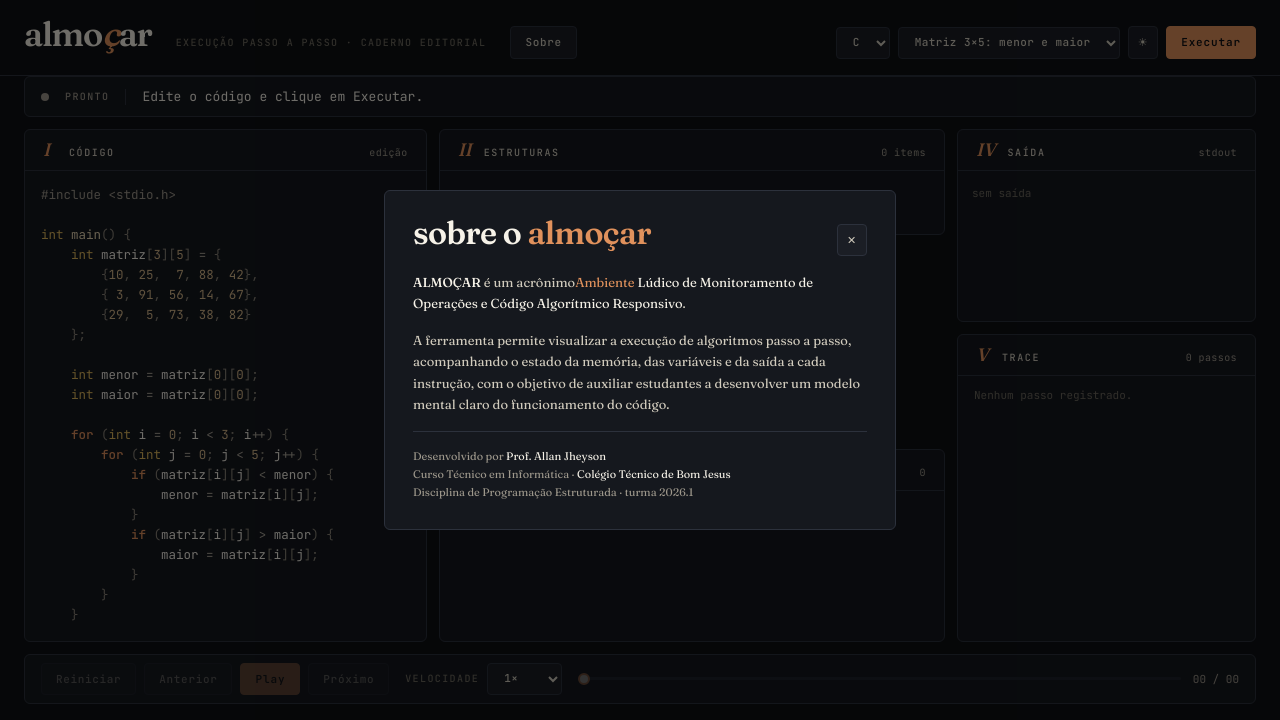
Repository: allramos/almocar
Page: /, after clicking the first element matching `button.btn`
The author's editor kept a copy of each file at every save. The page is drawn from the files as they stood at one save, then again after the next save.
The browser window is 1280 px wide. The pictures show the whole page.
The project was rebuilt for these pictures with package versions that can differ from the ones it lists, and the page was loaded fresh each time. Also part of the build but not shown: vite.config.ts.

Above is the page before, as saved 2026-04-07 16:25:01.

### index.html
<!doctype html>
<html lang="pt-BR">
  <head>
    <meta charset="UTF-8" />
    <link rel="icon" type="image/svg+xml" href="/favicon.svg" />
    <meta name="viewport" content="width=device-width, initial-scale=1.0" />
    <title>ALMOÇAR — Ambiente Lúdico de Monitoramento de Operações e Código Algorítmico Responsivo</title>
  </head>
  <body>
    <div id="root"></div>
    <script type="module" src="/src/main.tsx"></script>
  </body>
</html>

### src/App.tsx
import React, { useEffect, useMemo, useRef, useState } from "react";
import { compileAndRun, Step } from "./interpreter";
import { examples } from "./examples/matriz";
import { CodeView } from "./components/CodeView";
import { VariablesPanel } from "./components/VariablesPanel";
import { ArrayView } from "./components/ArrayView";
import { Controls } from "./components/Controls";
import { Mascot } from "./components/Mascot";
import { TraceLog } from "./components/TraceLog";
import { OutputPanel } from "./components/OutputPanel";

type Mode = "editing" | "running";
type Theme = "dark" | "light";

export default function App() {
  const [exampleKey, setExampleKey] = useState<string>("matriz");
  const [source, setSource] = useState<string>(examples.matriz.code);
  const [mode, setMode] = useState<Mode>("editing");
  const [steps, setSteps] = useState<Step[]>([]);
  const [stepIndex, setStepIndex] = useState(0);
  const [playing, setPlaying] = useState(false);
  const [speed, setSpeed] = useState(800);
  const [error, setError] = useState<string | null>(null);
  const [theme, setTheme] = useState<Theme>(
    () => (localStorage.getItem("almocar.theme") as Theme) ?? "dark",
  );
  const [language, setLanguage] = useState<string>("c");
  const [aboutOpen, setAboutOpen] = useState(false);
  const playRef = useRef<number | null>(null);

  // Aplica o tema na raiz do documento.
  useEffect(() => {
    const root = document.documentElement;
    root.classList.remove("theme-dark", "theme-light");
    root.classList.add(`theme-${theme}`);
    localStorage.setItem("almocar.theme", theme);
  }, [theme]);

  // Em modo edição, ignoramos o estado da execução anterior para que os
  // painéis (variáveis, matriz, saída, status) fiquem limpos.
  const current = mode === "running" ? steps[stepIndex] : undefined;
  const visSteps = mode === "running" ? steps : [];
  const visStepIndex = mode === "running" ? stepIndex : 0;
  const mood = useMemo<"idle" | "cooking" | "success" | "error">(() => {
    if (mode === "editing") return "idle";
    if (!current) return "idle";
    if (current.status === "error") return "error";
    if (current.status === "success") return "success";
    return "cooking";
  }, [mode, current]);

  useEffect(() => {
    if (!playing) return;
    if (stepIndex >= steps.length - 1) {
      setPlaying(false);
      return;
    }
    playRef.current = window.setTimeout(
      () => setStepIndex((i) => Math.min(i + 1, steps.length - 1)),
      speed,
    );
    return () => {
      if (playRef.current) window.clearTimeout(playRef.current);
    };
  }, [playing, stepIndex, steps.length, speed]);

  function cozinhar() {
    const result = compileAndRun(source);
    setSteps(result.steps);
    setStepIndex(0);
    setMode("running");
    setPlaying(false);
    setError(result.ok ? null : (result.error ?? "Erro desconhecido"));
  }

  function voltarEditar() {
    setMode("editing");
    setPlaying(false);
  }

  function loadExample(key: string) {
    setExampleKey(key);
    setSource(examples[key].code);
    setMode("editing");
    setSteps([]);
    setStepIndex(0);
    setError(null);
  }

  return (
    <div
      className="h-screen flex flex-col overflow-hidden relative"
      style={{ zIndex: 0 }}
    >
      <Header
        exampleKey={exampleKey}
        onExample={loadExample}
        onCozinhar={cozinhar}
        onEditar={voltarEditar}
        mode={mode}
        theme={theme}
        onToggleTheme={() => setTheme((t) => (t === "dark" ? "light" : "dark"))}
        language={language}
        onLanguageChange={setLanguage}
        onAbout={() => setAboutOpen(true)}
      />
      {aboutOpen && <AboutDialog onClose={() => setAboutOpen(false)} />}

      <div className="px-6 pb-3">
        <Mascot
          mood={mood}
          message={current?.description ?? error ?? undefined}
          stepIndex={visStepIndex}
          totalSteps={visSteps.length}
        />
      </div>

      <main className="flex-1 grid gap-3 px-6 pb-3 grid-cols-12 min-h-0">
        {/* Código */}
        <section className="col-span-12 lg:col-span-4 panel flex flex-col min-h-0">
          <div className="panel-title">
            <span className="chapter">I</span>
            <span className="label">Código</span>
            <span className="meta">
              {mode === "editing" ? "edição" : "execução"}
            </span>
          </div>
          <div className="flex-1 min-h-0 overflow-hidden">
            <CodeView
              source={source}
              activeLine={mode === "running" ? current?.line : undefined}
              editable={mode === "editing"}
              onChange={setSource}
            />
          </div>
        </section>

        {/* Estruturas + variáveis */}
        <section className="col-span-12 lg:col-span-5 flex flex-col gap-3 min-h-0">
          <div className="flex-[1.6] min-h-0">
            <ArrayView vars={current?.scope ?? []} />
          </div>
          <div className="flex-1 min-h-0">
            <VariablesPanel vars={current?.scope ?? []} />
          </div>
        </section>

        {/* Saída + trace */}
        <section className="col-span-12 lg:col-span-3 flex flex-col gap-3 min-h-0">
          <div className="flex-1 min-h-0">
            <OutputPanel output={current?.output ?? ""} />
          </div>
          <div className="flex-[1.6] min-h-0">
            <TraceLog
              steps={visSteps}
              current={visStepIndex}
              onSelect={setStepIndex}
            />
          </div>
        </section>
      </main>

      <div className="px-6 pb-4">
        <Controls
          step={visStepIndex}
          total={visSteps.length}
          playing={playing}
          speed={speed}
          disabled={mode === "editing"}
          onPlay={() => setPlaying(true)}
          onPause={() => setPlaying(false)}
          onPrev={() => setStepIndex((i) => Math.max(0, i - 1))}
          onNext={() => setStepIndex((i) => Math.min(steps.length - 1, i + 1))}
          onReset={() => {
            setStepIndex(0);
            setPlaying(false);
          }}
          onJump={(i) => setStepIndex(i)}
          onSpeedChange={setSpeed}
        />
      </div>
    </div>
  );
}

function Header({
  exampleKey,
  onExample,
  onCozinhar,
  onEditar,
  mode,
  theme,
  onToggleTheme,
  language,
  onLanguageChange,
  onAbout,
}: {
  exampleKey: string;
  onExample: (k: string) => void;
  onCozinhar: () => void;
  onEditar: () => void;
  mode: Mode;
  theme: Theme;
  onToggleTheme: () => void;
  language: string;
  onLanguageChange: (l: string) => void;
  onAbout: () => void;
}) {
  return (
    <header className="px-6 pt-5 pb-4 flex items-baseline gap-6 border-b border-bg-crust">
      <h1 className="wordmark select-none">
        almo<span className="accent">ç</span>ar
      </h1>
      <span className="smallcaps text-ink-fade hidden lg:inline">
        execução passo a passo · caderno editorial
      </span>

      <button onClick={onAbout} className="btn">
        Sobre
      </button>

      <div className="flex-1" />

      <div className="flex items-center gap-2">
        <select
          value={language}
          onChange={(e) => onLanguageChange(e.target.value)}
          className="menu-select"
          title="Linguagem"
        >
          <option value="c">C</option>
        </select>
        <select
          value={exampleKey}
          onChange={(e) => onExample(e.target.value)}
          className="menu-select min-w-[200px]"
          title="Exemplo"
        >
          {Object.entries(examples).map(([k, v]) => (
            <option key={k} value={k}>
              {v.name}
            </option>
          ))}
        </select>
        <button
          onClick={onToggleTheme}
          className="btn btn-icon"
          title={
            theme === "dark"
              ? "Mudar para modo claro"
              : "Mudar para modo escuro"
          }
        >
          {theme === "dark" ? "☀" : "☾"}
        </button>
        {mode === "editing" ? (
          <button onClick={onCozinhar} className="btn btn-primary">
            Executar
          </button>
        ) : (
          <button onClick={onEditar} className="btn">
            Editar
          </button>
        )}
      </div>
    </header>
  );
}

function AboutDialog({ onClose }: { onClose: () => void }) {
  return (
    <div
      className="fixed inset-0 z-50 flex items-center justify-center p-6"
      style={{ background: "rgba(0,0,0,0.55)" }}
      onClick={onClose}
    >
      <div
        className="panel max-w-lg w-full p-7"
        onClick={(e) => e.stopPropagation()}
      >
        <div className="flex items-baseline justify-between mb-4">
          <h2
            className="display text-ink"
            style={{
              fontSize: "32px",
              fontVariationSettings: "'opsz' 144",
              letterSpacing: "-0.02em",
            }}
          >
            sobre o <span className="text-ember">almoçar</span>
          </h2>
          <button
            onClick={onClose}
            className="btn btn-icon"
            aria-label="Fechar"
          >
            ✕
          </button>
        </div>

        <div className="text-ink-dim text-[13px] leading-relaxed space-y-4 font-sans">
          <p>
            <span className="text-ink font-medium">ALMOÇAR</span> é um acrônimo
            <span className="text-ember">Ambiente</span>{" "}
                  <span className="text-ink">Lúdico</span>{" "}
                  <span className="text-ink">de</span>{" "}
                  <span className="text-ink">Monitoramento</span>{" "}
                  <span className="text-ink">de</span>{" "}
                  <span className="text-ink">Operações</span>{" "}
                  <span className="text-ink">e</span>{" "}
                  <span className="text-ink">Código</span>{" "}
                  <span className="text-ink">Algorítmico</span>{" "}
                  <span className="text-ink">Responsivo</span>.
          </p>
          <p>
            A ferramenta permite visualizar a execução de algoritmos passo a
            passo, acompanhando o estado da memória, das variáveis e da saída a
            cada instrução, com o objetivo de auxiliar estudantes a desenvolver
            um modelo mental claro do funcionamento do código.
          </p>
          <div className="hairline my-2" />
          <p className="text-ink-mute text-xs leading-relaxed">
            Desenvolvido por{" "}
            <span className="text-ink">Prof. Allan Jheyson</span>
            <br />
            Curso Técnico em Informática ·{" "}
            <span className="text-ink">Colégio Técnico de Bom Jesus</span>
            <br />
            Disciplina de Programação Estruturada · turma 2026.1
          </p>
        </div>
      </div>
    </div>
  );
}

### src/interpreter/index.ts
export { parse } from './parser';
export { run, RuntimeError } from './interpreter';
export type { RunResult } from './interpreter';
export type { Step, VarSnapshot, CellSnapshot } from './types';

import { parse } from './parser';
import { run, RunResult } from './interpreter';

export function compileAndRun(source: string): RunResult {
  try {
    const program = parse(source);
    return run(program);
  } catch (e: any) {
    const msg = e?.message ?? String(e);
    return {
      steps: [{
        index: 0, line: 1, description: `Erro de compilação: ${msg}`,
        scope: [], output: '', status: 'error', error: msg,
      }],
      output: '',
      ok: false,
      error: msg,
    };
  }
}

### src/examples/matriz.ts
export const matrizExample = `#include <stdio.h>

int main() {
    int matriz[3][5] = {
        {10, 25,  7, 88, 42},
        { 3, 91, 56, 14, 67},
        {29,  5, 73, 38, 82}
    };

    int menor = matriz[0][0];
    int maior = matriz[0][0];

    for (int i = 0; i < 3; i++) {
        for (int j = 0; j < 5; j++) {
            if (matriz[i][j] < menor) {
                menor = matriz[i][j];
            }
            if (matriz[i][j] > maior) {
                maior = matriz[i][j];
            }
        }
    }

    printf("Menor: %d\\n", menor);
    printf("Maior: %d\\n", maior);

    return 0;
}
`;

export const somaExample = `#include <stdio.h>

int main() {
    int v[6] = {4, 8, 15, 16, 23, 42};
    int soma = 0;
    for (int i = 0; i < 6; i++) {
        soma += v[i];
    }
    printf("Soma: %d\\n", soma);
    return 0;
}
`;

export const ponteiroExample = `#include <stdio.h>

int main() {
    int x = 10;
    int *p = &x;
    *p = 25;
    printf("x agora vale %d\\n", x);
    return 0;
}
`;

export const examples: Record<string, { name: string; code: string }> = {
  matriz: { name: 'Matriz 3×5: menor e maior', code: matrizExample },
  soma: { name: 'Soma de vetor', code: somaExample },
  ponteiro: { name: 'Ponteiro básico', code: ponteiroExample },
};

### src/components/VariablesPanel.tsx
import React from 'react';
import { VarSnapshot } from '../interpreter';

interface Props {
  vars: VarSnapshot[];
}

export function VariablesPanel({ vars }: Props) {
  const scalars = vars.filter(v => v.scalar);
  return (
    <div className="panel flex flex-col h-full">
      <div className="panel-title">
        <span className="chapter">III</span>
        <span className="label">Variáveis</span>
        <span className="meta">{scalars.length}</span>
      </div>
      <div className="px-4 pt-3 pb-3 overflow-auto flex-1 space-y-1">
        {scalars.length === 0 && (
          <div className="text-ink-fade text-xs font-mono py-2">
            Nenhuma variável escalar no escopo.
          </div>
        )}
        {scalars.map(v => {
          const written = !!v.written;
          const read = !!v.read && !written;
          const stateClass = written
            ? 'var-written'
            : read
              ? 'var-read'
              : '';
          const valueColor = written
            ? 'text-ember'
            : read
              ? 'text-herb'
              : 'text-saffron';
          return (
            <div
              key={v.name}
              className={`leader py-1.5 px-2 rounded-sm transition-colors ${stateClass}`}
            >
              <span className="name font-mono text-ink text-[13px] font-medium">
                {v.name}
                <span className="font-mono text-ink-fade text-[10px] ml-2">{v.type}</span>
              </span>
              <span className="dots" />
              <span
                className={`value font-mono tabular-nums text-[14px] ${valueColor}`}
                style={{ fontWeight: 600 }}
              >
                {v.value}
              </span>
            </div>
          );
        })}
      </div>
    </div>
  );
}

### src/components/Controls.tsx
import React from 'react';

interface Props {
  step: number;
  total: number;
  playing: boolean;
  speed: number;
  onPlay: () => void;
  onPause: () => void;
  onPrev: () => void;
  onNext: () => void;
  onReset: () => void;
  onJump: (i: number) => void;
  onSpeedChange: (s: number) => void;
  disabled?: boolean;
}

export function Controls({
  step, total, playing, speed,
  onPlay, onPause, onPrev, onNext, onReset, onJump, onSpeedChange, disabled,
}: Props) {
  const progress = total > 0 ? Math.round(((step + 1) / total) * 100) : 0;

  return (
    <div className="panel px-4 py-2 flex items-center gap-2 flex-wrap">
      <button onClick={onReset} disabled={disabled} className="btn" title="Reiniciar">
        Reiniciar
      </button>
      <button onClick={onPrev} disabled={disabled || step <= 0} className="btn" title="Passo anterior (←)">
        Anterior
      </button>

      {playing ? (
        <button onClick={onPause} disabled={disabled} className="btn btn-primary" title="Pausar">
          Pausar
        </button>
      ) : (
        <button onClick={onPlay} disabled={disabled || total === 0} className="btn btn-primary" title="Reproduzir">
          Play
        </button>
      )}

      <button onClick={onNext} disabled={disabled || step >= total - 1} className="btn" title="Próximo passo (→)">
        Próximo
      </button>

      <div className="flex items-center gap-2 ml-2">
        <span className="smallcaps text-ink-fade">velocidade</span>
        <select
          value={speed}
          onChange={(e) => onSpeedChange(Number(e.target.value))}
          className="menu-select"
        >
          <option value={1500}>0.5×</option>
          <option value={800}>1×</option>
          <option value={350}>2×</option>
          <option value={100}>4×</option>
        </select>
      </div>

      <div className="flex-1 flex items-center gap-3 min-w-[200px] ml-2">
        <input
          type="range"
          min={0}
          max={Math.max(0, total - 1)}
          value={step}
          onChange={(e) => onJump(Number(e.target.value))}
          disabled={disabled || total === 0}
          className="flex-1"
          style={{ ['--progress' as any]: `${progress}%` }}
        />
        <span className="font-mono text-[11px] tabular-nums whitespace-nowrap text-ink-mute">
          {total === 0 ? '00 / 00' : `${String(step + 1).padStart(2, '0')} / ${String(total).padStart(2, '0')}`}
        </span>
      </div>
    </div>
  );
}

### src/components/Mascot.tsx
import React from 'react';

type Mood = 'idle' | 'cooking' | 'success' | 'error';

interface Props {
  mood: Mood;
  message?: string;
  stepIndex?: number;
  totalSteps?: number;
}

// Tira de status compacta — exibe estado, mensagem do passo e contador.
// Sem mascote ilustrado, sem emojis, sem metáfora de cozinha.
export function Mascot({ mood, message, stepIndex, totalSteps }: Props) {
  const hasSteps = totalSteps !== undefined && totalSteps > 0;
  return (
    <div className="panel flex items-center gap-4 px-4 py-2.5">
      <span className={`status-dot ${mood}`} />
      <span className="smallcaps text-ink-mute whitespace-nowrap">
        {labelFor(mood)}
      </span>
      <span className="h-4 w-px bg-bg-crust" />
      <span className="text-ink text-[13px] truncate flex-1 font-mono">
        {message ?? defaultMessage(mood)}
      </span>
      {hasSteps && (
        <span className="flex items-baseline gap-1.5 whitespace-nowrap">
          <span className="serif-num text-ember text-[20px] leading-none">
            {(stepIndex ?? 0) + 1}
          </span>
          <span className="font-mono text-[10px] text-ink-fade tabular-nums">
            / {totalSteps}
          </span>
        </span>
      )}
    </div>
  );
}

function labelFor(mood: Mood): string {
  switch (mood) {
    case 'cooking': return 'Executando';
    case 'success': return 'Concluído';
    case 'error':   return 'Erro';
    default:        return 'Pronto';
  }
}
function defaultMessage(mood: Mood): string {
  switch (mood) {
    case 'cooking': return 'Avaliando passo…';
    case 'success': return 'Execução finalizada sem erros.';
    case 'error':   return 'A execução foi interrompida.';
    default:        return 'Edite o código e clique em Executar.';
  }
}

### src/components/OutputPanel.tsx
import React from 'react';

interface Props {
  output: string;
}

export function OutputPanel({ output }: Props) {
  return (
    <div className="panel flex flex-col h-full">
      <div className="panel-title">
        <span className="chapter">IV</span>
        <span className="label">Saída</span>
        <span className="meta">stdout</span>
      </div>
      <div className="receipt flex-1 overflow-auto">
        {output || <span className="text-ink-fade font-mono text-[11px]">sem saída</span>}
      </div>
    </div>
  );
}

### src/interpreter/memory.ts
// Modelo de memória plana usado pelo interpretador.
// Cada "endereço" é um índice em um array. Variáveis ocupam uma faixa contígua.

import { CType, sizeOf, typeName } from './types';

export class Memory {
  // valores armazenados — números (int/float/char) ou ponteiros (endereços)
  cells: (number | undefined)[] = [];
  next = 0;

  alloc(type: CType): number {
    const size = sizeOf(type);
    const addr = this.next;
    for (let k = 0; k < size; k++) this.cells.push(0);
    this.next += size;
    return addr;
  }

  // No nosso modelo, cada "célula primitiva" mora em uma posição (e não em N bytes).
  // Isso simplifica drasticamente: 1 unidade lógica = 1 valor.
  allocLogical(count: number): number {
    const addr = this.next;
    for (let k = 0; k < count; k++) this.cells.push(0);
    this.next += count;
    return addr;
  }

  read(addr: number): number {
    if (addr < 0 || addr >= this.cells.length) {
      throw new Error(`Acesso inválido de memória no endereço ${addr}`);
    }
    return this.cells[addr] ?? 0;
  }

  write(addr: number, value: number): void {
    if (addr < 0 || addr >= this.cells.length) {
      throw new Error(`Escrita inválida de memória no endereço ${addr}`);
    }
    this.cells[addr] = value;
  }
}

// Conta quantas células lógicas o tipo ocupa (cada elemento primitivo conta como 1).
export function logicalSize(type: CType): number {
  switch (type.kind) {
    case 'array': return type.size * logicalSize(type.of);
    default: return 1;
  }
}

// Calcula deslocamento para um índice multi-dimensional.
export function offsetOf(arrType: CType, indices: number[]): number {
  let offset = 0;
  let t: CType = arrType;
  for (const i of indices) {
    if (t.kind !== 'array') throw new Error(`Indexação demais em ${typeName(arrType)}`);
    if (i < 0 || i >= t.size) throw new Error(`Índice ${i} fora dos limites [0, ${t.size - 1}]`);
    offset += i * logicalSize(t.of);
    t = t.of;
  }
  return offset;
}

// Retorna as dimensões de um array (ex.: int[3][5] => [3,5]).
export function arrayDims(t: CType): number[] {
  const dims: number[] = [];
  let cur: CType = t;
  while (cur.kind === 'array') { dims.push(cur.size); cur = cur.of; }
  return dims;
}

// Retorna o tipo escalar interno de um array.
export function arrayElementBase(t: CType): CType {
  let cur: CType = t;
  while (cur.kind === 'array') cur = cur.of;
  return cur;
}

Loaded but not shown: src/main.tsx (common file); tailwind.config.js (80 lines, source omitted); src/interpreter/interpreter.ts (659 lines, source omitted); src/interpreter/parser.ts (478 lines, source omitted); src/index.css (507 lines, source omitted); src/components/CodeView.tsx (241 lines, source omitted); src/interpreter/lexer.ts (173 lines, source omitted); src/components/ArrayView.tsx (94 lines, source omitted); src/interpreter/types.ts (93 lines, source omitted); src/components/TraceLog.tsx (75 lines, source omitted)

After the next save:
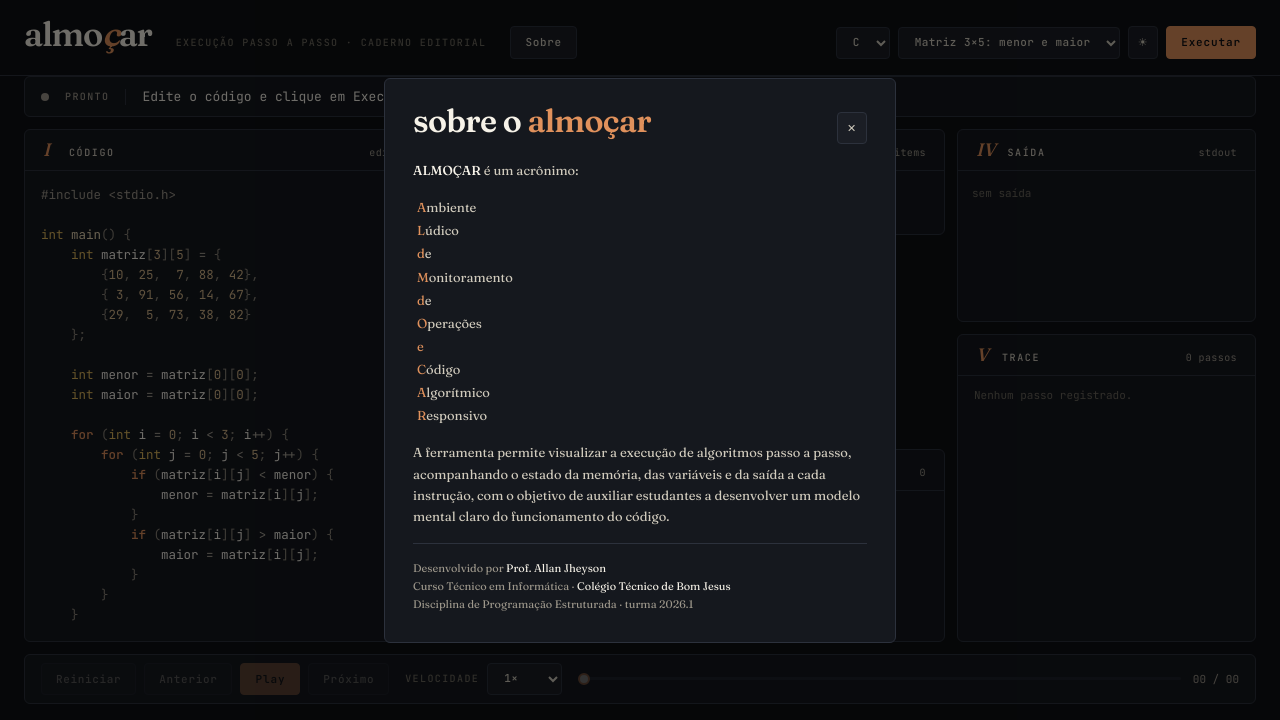
Saved 98 s later.
--- a/src/App.tsx
+++ b/src/App.tsx
@@ -300,18 +300,21 @@ function AboutDialog({ onClose }: { onClose: () => void }) {
 
         <div className="text-ink-dim text-[13px] leading-relaxed space-y-4 font-sans">
           <p>
-            <span className="text-ink font-medium">ALMOÇAR</span> é um acrônimo
-            <span className="text-ember">Ambiente</span>{" "}
-                  <span className="text-ink">Lúdico</span>{" "}
-                  <span className="text-ink">de</span>{" "}
-                  <span className="text-ink">Monitoramento</span>{" "}
-                  <span className="text-ink">de</span>{" "}
-                  <span className="text-ink">Operações</span>{" "}
-                  <span className="text-ink">e</span>{" "}
-                  <span className="text-ink">Código</span>{" "}
-                  <span className="text-ink">Algorítmico</span>{" "}
-                  <span className="text-ink">Responsivo</span>.
+            <span className="text-ink font-medium">ALMOÇAR</span> é um
+            acrônimo:
           </p>
+          <div className="flex flex-col gap-0.5 pl-1">
+            <div><span className="text-ember">A</span>mbiente</div>
+            <div><span className="text-ember">L</span>údico</div>
+            <div><span className="text-ember">d</span>e</div>
+            <div><span className="text-ember">M</span>onitoramento</div>
+            <div><span className="text-ember">d</span>e</div>
+            <div><span className="text-ember">O</span>perações</div>
+            <div><span className="text-ember">e</span></div>
+            <div><span className="text-ember">C</span>ódigo</div>
+            <div><span className="text-ember">A</span>lgorítmico</div>
+            <div><span className="text-ember">R</span>esponsivo</div>
+          </div>
           <p>
             A ferramenta permite visualizar a execução de algoritmos passo a
             passo, acompanhando o estado da memória, das variáveis e da saída a
